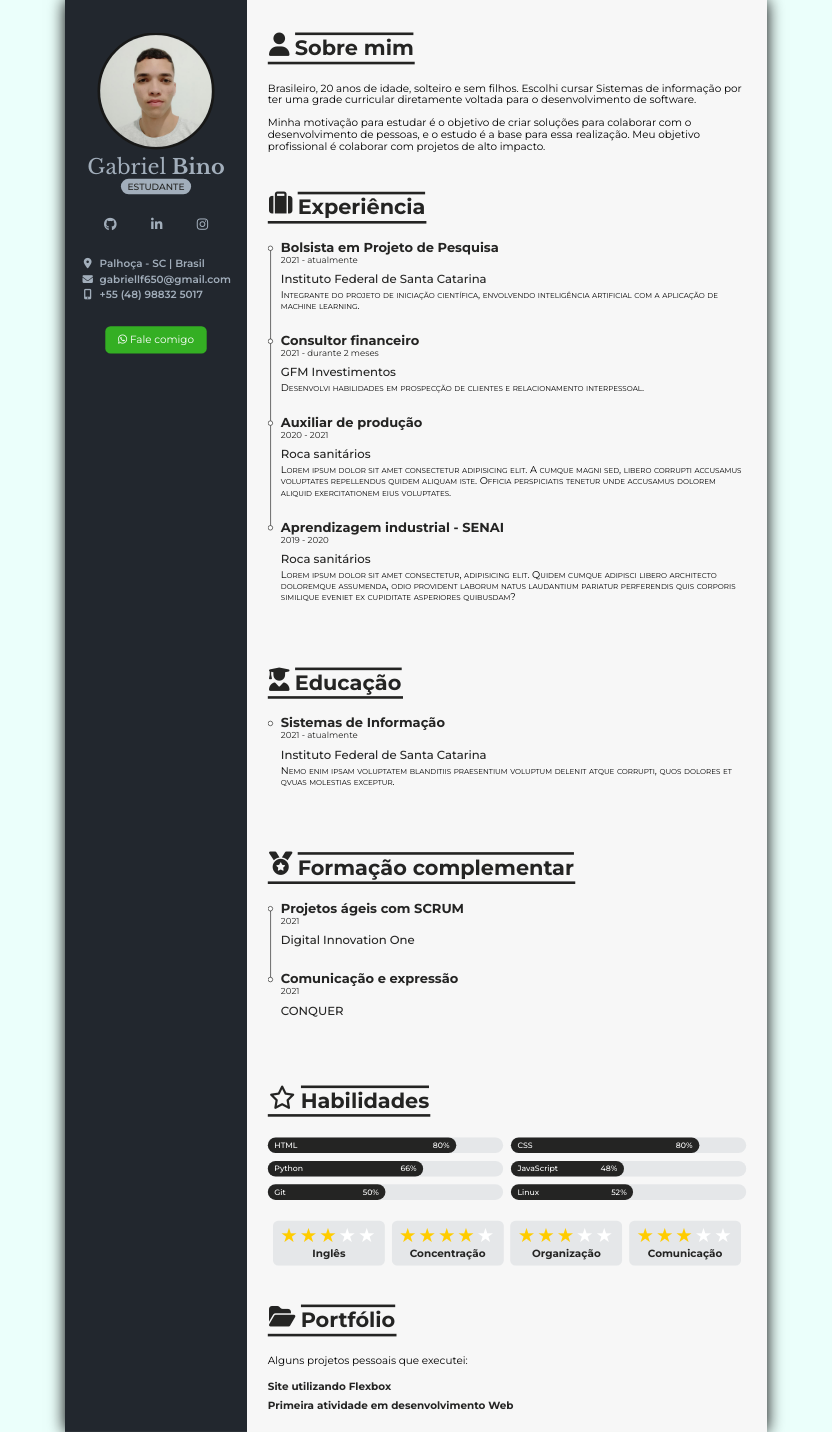
Repository: gabrielbino/curriculoResponsivo
Page: index.html
These files come from the project's save history. The page is drawn as it stood at one moment and after the next save; the edit follows.
The browser window is 1280 px wide. The pictures show the whole page, at 65% of full size.
Some web libraries are served in a nearby version.

Above is the page before, as saved 2021-10-21 00:39:18.

After the next save:
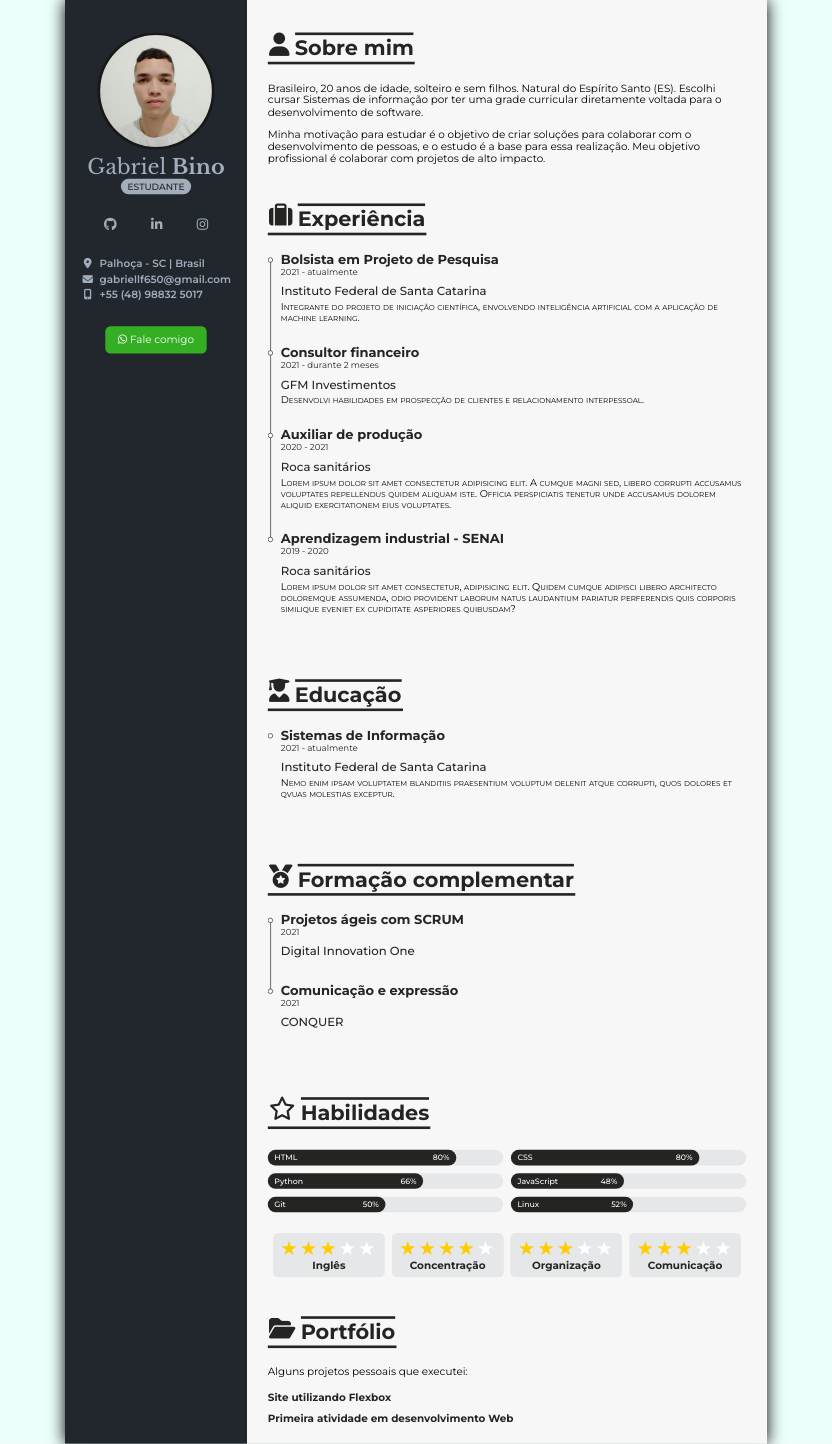
Saved 3 min 18 s later.
--- a/index.html
+++ b/index.html
@@ -79,9 +79,10 @@
             <h2 class="article-title">Sobre mim</h2>
           </div>
           <p class="sobre-mim">
-            Brasileiro, 20 anos de idade, solteiro e sem filhos. Escolhi cursar
-            Sistemas de informação por ter uma grade curricular diretamente
-            voltada para o desenvolvimento de software.
+            Brasileiro, 20 anos de idade, solteiro e sem filhos. Natural do
+            Espírito Santo (ES). Escolhi cursar Sistemas de informação por ter
+            uma grade curricular diretamente voltada para o desenvolvimento de
+            software.
           </p>
           <p class="sobre-mim">
             Minha motivação para estudar é o objetivo de criar soluções para
